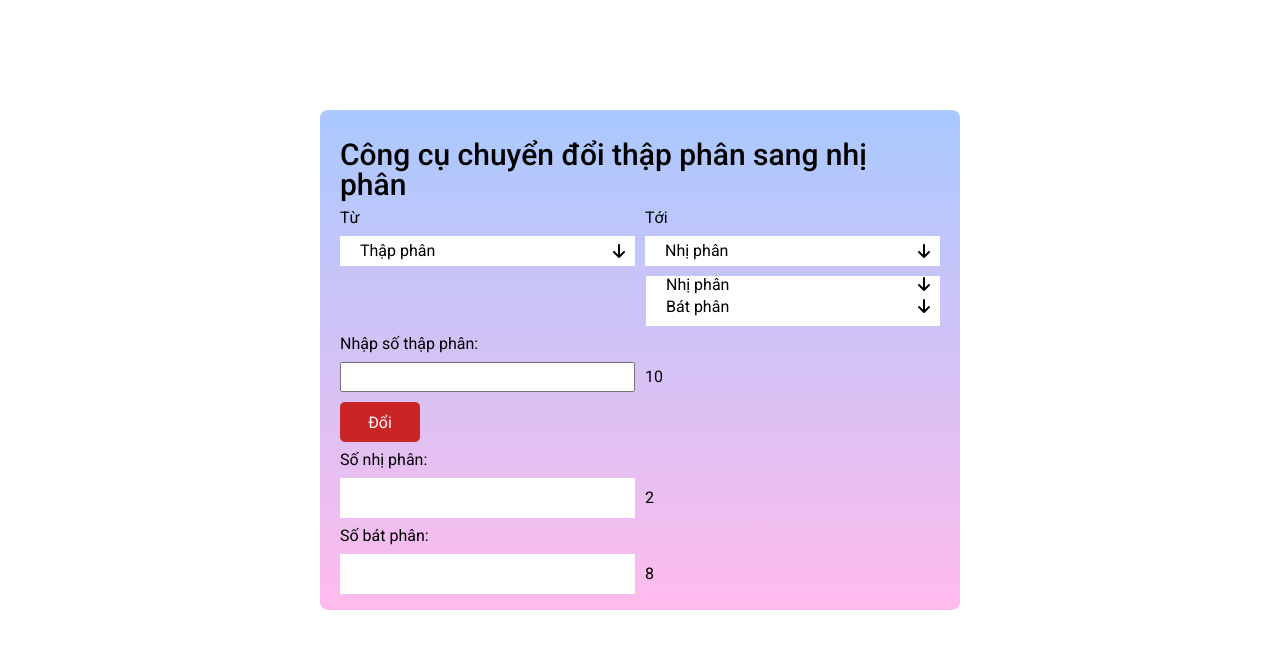
Repository: thuanpham00/covertNumber
Page: index.html
These files come from the project's save history. The page is drawn as it stood at one moment and after a run of saves; the edit follows.
The browser window is 1280 px wide. The pictures show the whole page.
Some web libraries are served in a nearby version. The style sheet was rebuilt from its Sass, Less or Tailwind sources for each picture, by a compiler version that may differ from the author's.

Above is the page before, as saved 2023-11-05 16:47:14.
Console error: TypeError: Cannot read properties of null (reading 'addEventListener')

### index.html
<!DOCTYPE html>
<html lang="en">
    <head>
        <meta charset="UTF-8" />
        <meta name="viewport" content="width=device-width, initial-scale=1.0" />
        <title>Convert Number</title>
        <link rel="stylesheet" href="./assets/css/main.css" />
        <link rel="preconnect" href="https://fonts.googleapis.com" />
        <link rel="preconnect" href="https://fonts.gstatic.com" crossorigin />
        <link
            href="https://fonts.googleapis.com/css2?family=Roboto:wght@400;500;700;900&display=swap"
            rel="stylesheet"
        />
        <script src="https://kit.fontawesome.com/3115b3f4f1.js"></script>
    </head>
    <body>
        <div class="container">
            <h1 class="title">Công cụ chuyển đổi thập phân sang nhị phân</h1>
            <div class="row">
                <span class="row__desc">Từ</span>
                <span class="row__desc">Tới</span>
            </div>
            <div class="row">
                <div class="row__type">
                    <div class="row__item">Thập phân</div>
                    <div class="row__icon">
                        <i class="fa-solid fa-arrow-down"></i>
                    </div>
                </div>

                <div class="row__type">
                    <div class="row__item">Nhị phân</div>
                    <div class="row__icon">
                        <i class="fa-solid fa-arrow-down"></i>
                    </div>
                </div>
            </div>
            <div class="list">
                <div class="list__item">
                    <div class="row__item">Nhị phân</div>
                    <div class="row__icon">
                        <i class="fa-solid fa-arrow-down"></i>
                    </div>
                </div>
                <div class="list__item">
                    <div class="row__item">Bát phân</div>
                    <div class="row__icon">
                        <i class="fa-solid fa-arrow-down"></i>
                    </div>
                </div>
            </div>
            <div class="container__wrapper">
                <div class="desc">Nhập số thập phân:</div>
                <form class="form" autocomplete="off">
                    <div class="row">
                        <input
                            type="text"
                            class="form__input"
                            name="numberInput"
                            required
                        />
                        <span>10</span>
                    </div>
                    <input type="submit" class="form__submit" value="Đổi" />
                </form>

                <div class="desc">Số nhị phân:</div>
                <div class="row">
                    <div class="result">
                        <span class="result__inner"></span>
                    </div>
                    <span>2</span>
                </div>
                <div class="desc">Số bát phân:</div>
                <div class="row">
                    <div class="result">
                        <span class="result__inner inner-2"></span>
                    </div>
                    <span>8</span>
                </div>
            </div>
        </div>

        <script src="./main.js"></script>
    </body>
</html>

### main.js
// // phần nguyên: integerPart
// // phần thập phân: decimalPart
window.addEventListener("load", function () {
    function convertDecimalToBinary(number) {
        let binary = [];
        let integerPart = Math.floor(number); // làm tròn xuống
        let decimalPart = number - integerPart;

        while (integerPart > 0) {
            let number1 = integerPart % 2;
            binary.unshift(number1);
            integerPart = Math.floor(integerPart / 2);
        }
        if (decimalPart > 0) {
            binary.push(".");

            let min = 0;
            let max = 16;
            while (decimalPart > 0 && min < max) {
                decimalPart = decimalPart * 2;
                let digit = Math.floor(decimalPart);
                binary.push(digit);
                decimalPart = decimalPart - digit;
                min++;
            }
        }
        return binary.join(""); // 8.625 (10) -> 1000.101 (2)
    }

    function convertDecimalToOctal(number) {
        let binary = [];
        let integerPart = Math.floor(number); // làm tròn xuống
        let decimalPart = number - integerPart;

        while (integerPart > 0) {
            let number1 = integerPart % 8;
            binary.unshift(number1);
            integerPart = Math.floor(integerPart / 8);
        }
        if (decimalPart > 0) {
            binary.push(".");

            let min = 0;
            let max = 16;
            while (decimalPart > 0 && min < max) {
                decimalPart = decimalPart * 8;
                let digit = Math.floor(decimalPart);
                binary.push(digit);
                decimalPart = decimalPart - digit;
                min++;
            }
        }
        return binary.join(""); // 11.25 (10) -> 13.2 (8)
    }
    const result = document.querySelector(".result__inner");
    const result2 = document.querySelector(".result__inner.inner-2");
    const form = document.querySelector(".form");
    form.addEventListener("submit", function (e) {
        e.preventDefault();
        const input = parseFloat(this.elements["numberInput"].value);
        result.textContent = convertDecimalToBinary(input);
        result2.textContent = convertDecimalToOctal(input);
    });

    const listType = document.querySelector(".row__list")
    listType.addEventListener("click", function(e) {
        const typeItem = e.target.querySelector(".row__type.type-2")
        typeItem.classList.add("type")
    })
});

### scss/main.scss
html,
body,
div,
span,
applet,
object,
iframe,
h1,
h2,
h3,
h4,
h5,
h6,
p,
blockquote,
pre,
a,
abbr,
acronym,
address,
big,
cite,
code,
del,
dfn,
em,
img,
ins,
kbd,
q,
s,
samp,
small,
strike,
strong,
sub,
sup,
tt,
var,
b,
u,
i,
center,
dl,
dt,
dd,
ol,
ul,
li,
fieldset,
form,
label,
legend,
table,
caption,
tbody,
tfoot,
thead,
tr,
th,
td,
article,
aside,
canvas,
details,
embed,
figure,
figcaption,
footer,
header,
hgroup,
menu,
nav,
output,
ruby,
section,
summary,
time,
mark,
audio,
video {
    margin: 0;
    padding: 0;
    border: 0;
    font-size: 100%;
    font: inherit;
    vertical-align: baseline;
}
/* HTML5 display-role reset for older browsers */
article,
aside,
details,
figcaption,
figure,
footer,
header,
hgroup,
menu,
nav,
section {
    display: block;
}
body {
    line-height: 1;
}
ol,
ul {
    list-style: none;
}
blockquote,
q {
    quotes: none;
}
blockquote:before,
blockquote:after,
q:before,
q:after {
    content: "";
    content: none;
}
table {
    border-collapse: collapse;
    border-spacing: 0;
}

*,
::after,
::before {
    box-sizing: border-box;
}

html {
    font-size: 62.5%;
}

body {
    background: #fff;
    font-size: 1.6rem;
    font-family: "Roboto", sans-serif;
}

input,
select,
textarea,
button {
    font-size: inherit;
    font-family: inherit;
}

.container {
    background-color: #a9c9ff;
    background-image: linear-gradient(180deg, #a9c9ff 0%, #ffbbec 100%);

    border-radius: 8px;
    padding: 10px 20px;
    height: 500px;
    position: absolute;
    top: 50%;
    left: 50%;
    transform: translate(-50%, -50%);

    .title {
        margin-top: 20px;
        font-size: 3rem;
        font-weight: 500;
    }

    .row {
        margin-top: 10px;
        display: grid;
        align-items: center;
        grid-template-columns: 1fr 1fr;
        column-gap: 10px;

        .row__type {
            display: flex;
            align-items: center;
            justify-content: space-between;
            padding-left: 20px;
            padding-right: 10px;
            height: 30px;
            width: 100%;
            background: #fff;

            pointer-events: none;

            > i {
                font-size: 0.6rem;
            }
        }

        .result {
            width: 100%;
            height: 40px;
            background: #fff;
            display: flex;
            align-items: center;
            padding-left: 20px;
        }
    }

    .desc {
        margin-top: 10px;
    }

    .form__input {
        height: 30px;
        padding: 5px 0px 5px 20px;
        outline: none;
    }

    .form__submit {
        margin-top: 10px;
        width: 80px;
        height: 40px;
        border-radius: 5px;
        background: #c92525;
        color: #fff;
        outline: none;
        border: none;
    }
}

.list {
    margin-left: auto;
    margin-top: 10px;
    height: 50px;
    width: 49%;
    background: #fff;

    .list__item {
        margin-top: 5px;
        display: flex;
        align-items: center;
        justify-content: space-between;
        padding-left: 20px;
        padding-right: 10px;
    }
}

After the next 4 saves:
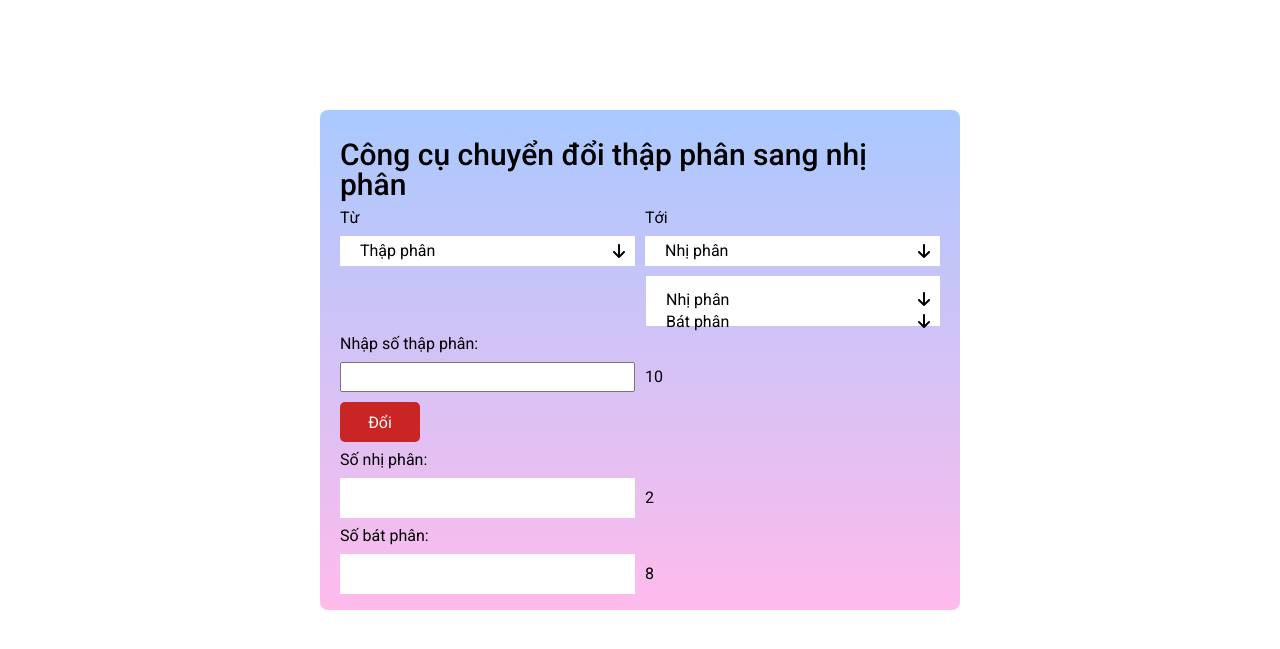
The 4 saves are shown as one change because they came seconds apart.
The last was saved 15 s later.
--- a/scss/main.scss
+++ b/scss/main.scss
@@ -224,6 +224,7 @@ button {
 .list {
     margin-left: auto;
     margin-top: 10px;
+    padding-top: 10px;
     height: 50px;
     width: 49%;
     background: #fff;
